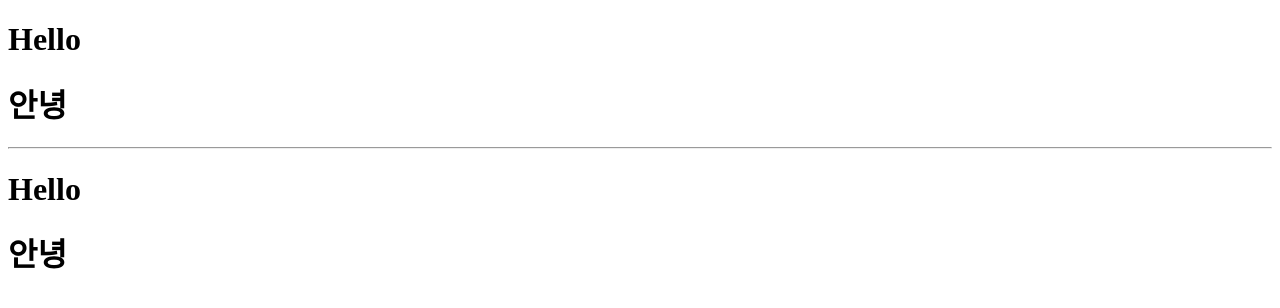
Repository: dhfkdlxm/Lecture-Web
Page: Lecture-Web/WebContent/jquery/exam02.html
These files come from the project's save history. The page is drawn as it stood at one moment and after the next save; the edit follows.
The browser window is 1280 px wide. The pictures show the whole page.

Above is the page before, as saved 2021-06-16 06:50:09.
Console error (its wording comes from the project's code and is left out).

### Lecture-Web/WebContent/jquery/exam02.html
<!DOCTYPE html>
<html>
<head>
<meta charset="UTF-8">
<title>Insert title here</title>
<script type="text/javascript" src="js/jquery-3.6.0.min.js"></script>
<script type="text/javascript">
	$(document).ready(function() {
		alert('!!!')
		//	$('h1').hide()
		//$('.h01').hide()
		//$('h1.h02').hide()
		$('h1:fisrt').hide()
		$('h1:last').hide()

	})
	/* window.onload = function(){
		let hTag = document.getElementById("h01")
		hTag.style.display = 'none'
		let hTags = document.getElementTagName("h1")
		hTags.forEach(function(element)){
			element.sytle.display = 'none'
		}
	}
	 */
</script>
</head>
<body>
	<h1 id="h01">Hello</h1>
	<h1 id="h02">안녕</h1>
	<hr>
	<h1 class="h01">Hello</h1>
	<h1 class="h01">안녕</h1>


</body>
</html>

Loaded but not shown: Lecture-Web/WebContent/jquery/js/jquery-3.6.0.min.js (library)

After the next save:
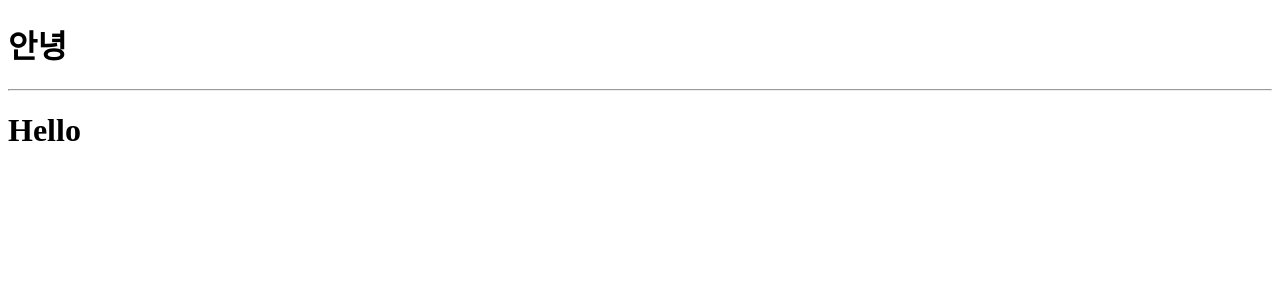
The error is gone.
Saved 60 s later.
--- a/Lecture-Web/WebContent/jquery/exam02.html
+++ b/Lecture-Web/WebContent/jquery/exam02.html
@@ -10,7 +10,7 @@
 		//	$('h1').hide()
 		//$('.h01').hide()
 		//$('h1.h02').hide()
-		$('h1:fisrt').hide()
+		$('h1:first').hide()
 		$('h1:last').hide()
 
 	})
